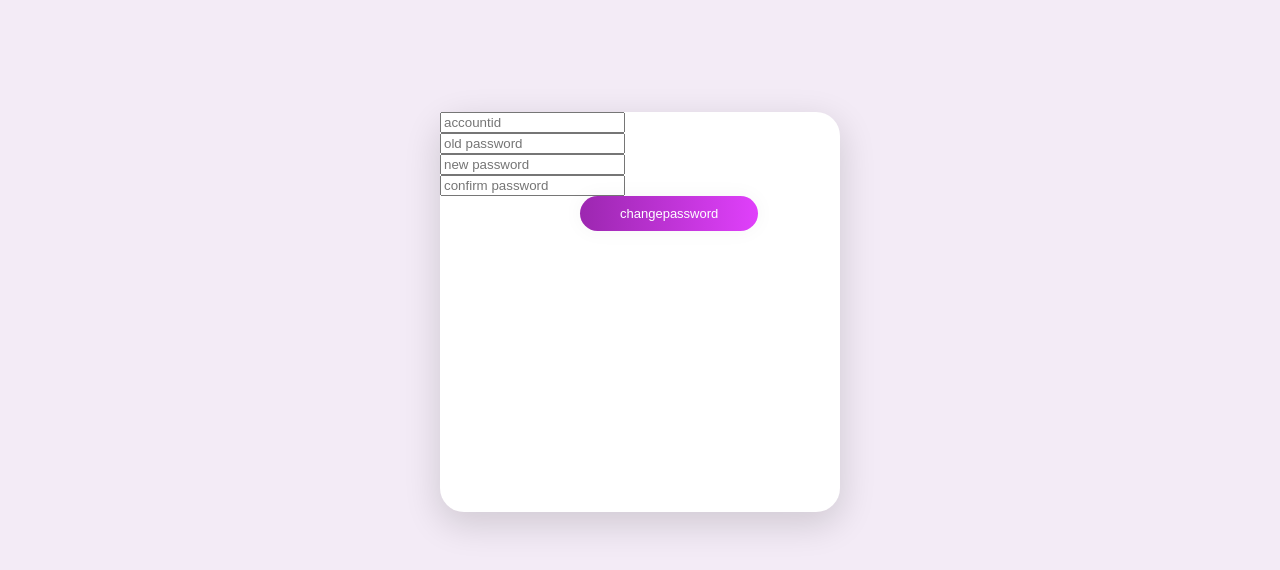
Repository: anujs099/bankingapp
Page: banking-application-final/WebContent/changepassword.html
An editor plug-in stored every save of this project. The page is shown before and after the next save, followed by the edit.
The browser window is 1280 px wide. The pictures show the whole page.

Above is the page before, as saved 2021-03-07 14:50:48.

After the next save:
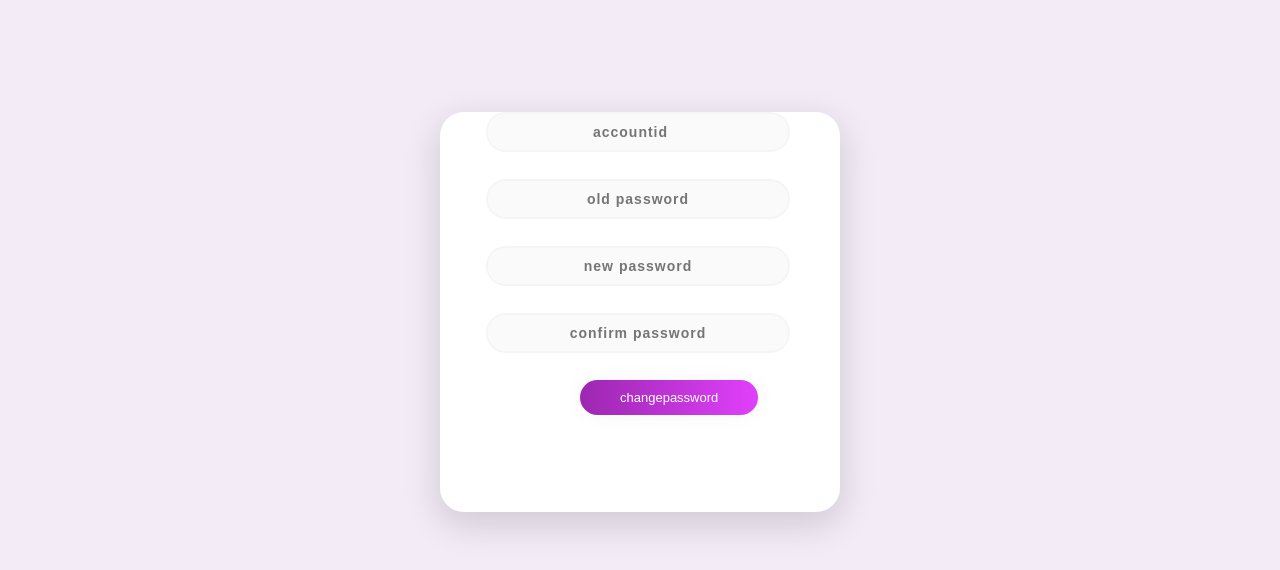
Saved 36 s later.
--- a/banking-application-final/WebContent/changepassword.html
+++ b/banking-application-final/WebContent/changepassword.html
@@ -10,10 +10,10 @@
 
 
 <form action="changepassword" method="post">
-<input type="number" placeholder="accountid" name="accountid"><br>
-<input type="text" placeholder="old password" name="oldpassword"><br>
-<input type="text" placeholder="new password" name="newpassword"><br>
-<input type="text" placeholder="confirm password" name="confirmpassword"><br>
+<input type="number" placeholder="accountid" name="accountid" class="un"><br>
+<input type="text" placeholder="old password" name="oldpassword" class="un"><br>
+<input type="text" placeholder="new password" name="newpassword" class="un"><br>
+<input type="text" placeholder="confirm password" name="confirmpassword" class="un"><br>
 <input type="submit" value="changepassword" class="submit">
 </form>
 
